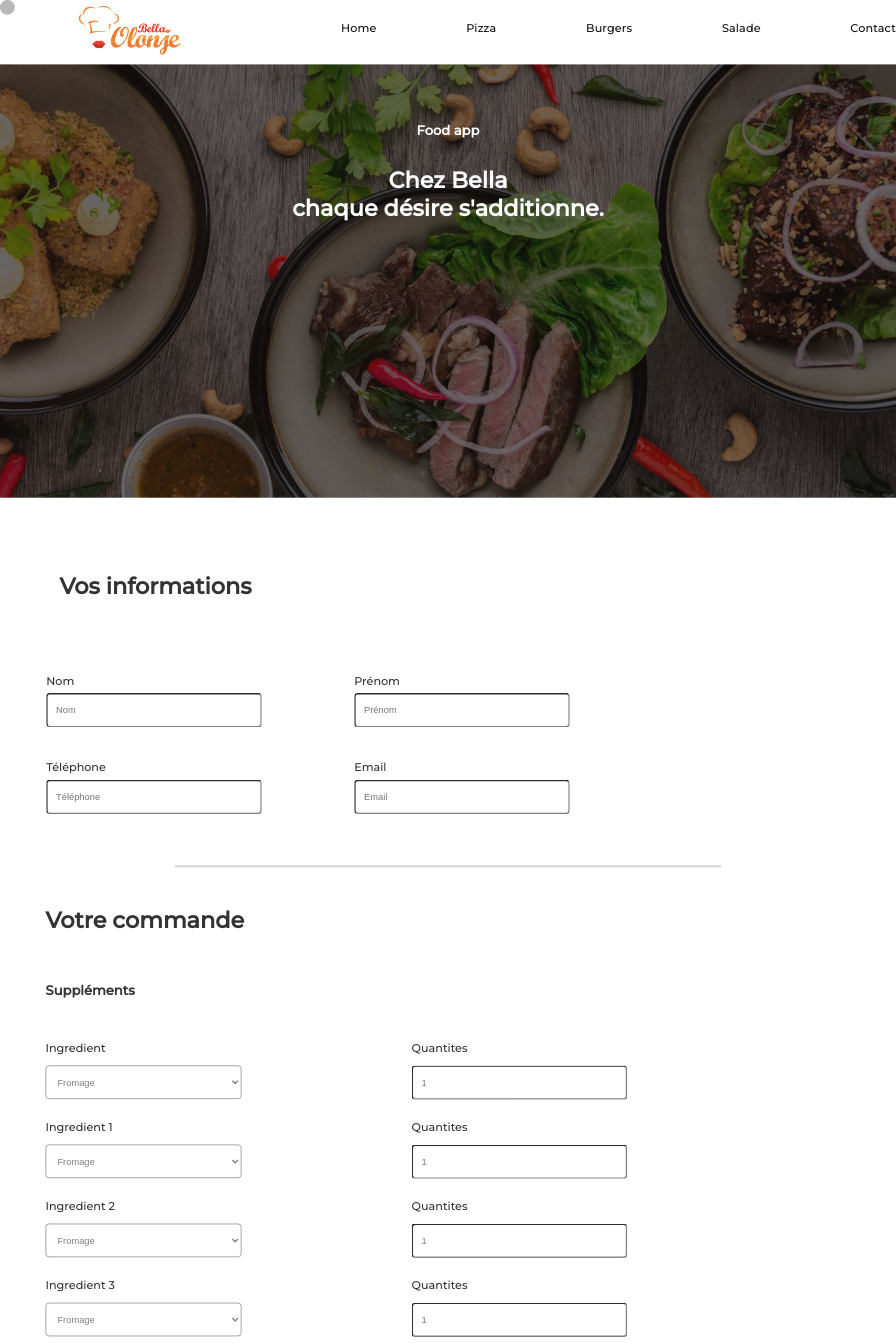
Repository: Ahlam-belhadj/bella-olange
Page: index2.html
The author's editor kept a copy of each file at every save. The page is drawn from the files as they stood at one save, then again after the next save.
The browser window is 1280 px wide. The pictures show the part of the page from y = 0 to 1920 px (the page is 3211 px tall before and 3119 px after), at 70% of full size.

Above is the page before, as saved 2023-02-12 01:03:35.

### index2.html
<!DOCTYPE html>
<html lang="en">

<head>
    <meta charset="UTF-8">
    <meta http-equiv="X-UA-Compatible" content="IE=edge">
    <meta name="viewport" content="width=device-width, initial-scale=1.0">
    <link rel="stylesheet" href="style2.css">
    <title>Bella olanje</title>
</head>

<body>
  <header>
    <nav class="container">
        <img class="logo" src="image/logo_bella_olonje.png" alt="logo">
        <ul class="nav-menu">
            <li><a href="index.html" class="nav-link">Home</a></li>
            <li><a href="#pizza" class="nav-link">Pizza</a></li>
            <li><a href="#burgers" class="nav-link">Burgers</a></li>
            <li><a href="#salade" class="nav-link">Salade</a></li>
            <li><a href="index3.html" class="nav-link">Contact</a></li>
        </ul>
    </nav>

    <div class="title">
        <div class="texte">
            <h3>Food app</h3>
            <h1>Chez Bella <br>
                chaque désire s'additionne.</h1>
        </div>
    </div>
</header>




    <main>
      <div class="infos" id="form-infos">
        <form>
          <h1>Vos informations</h1>

          <div class="grp_infos">
            <div class="nom_prenom">
              <div class="label1">
                <label class="label_nom">Nom</label><br>
                <input type="text" placeholder="Nom">
              </div>
              <div class="label1">
                <label class="label_nom">Prénom</label><br>
                <input type="text" placeholder="Prénom">
              </div>
            </div>

            <div class="telephone_email">
              <div class="label1">
                <label class="label_nom">Téléphone</label><br>
                <input type="text" placeholder="Téléphone">
              </div>
              <div class="label1">
                <label class="label_nom">Email</label><br>
                <input type="text" placeholder="Email">
              </div>
            </div>
          </div>
        </form>
      </div>

      <hr>

      <div class="commande">
        <form>
          <h1>Votre commande</h1>
          <h3>Suppléments</h3>
          <div class="grp_suppliment">
            <div class="ingredient_quantite">
              <div class="fromage">
                <label>Ingredient</label><br>
                <select name="ingr" class="suppléments">
                  <option value="fromage">Fromage</option>
                  <option value="fromage">Fromage</option>
                  <option value="fromage">Fromage</option>
                  <option value="fromage">Fromage</option>
                  <option value="fromage">Fromage</option>
                  <option value="fromage">Fromage</option>
                  <option value="fromage">Fromage</option>
                </select>
              </div>
              <div class="box">
                <label>Quantites</label><br>
                <input type="number" min="0" placeholder="1">
              </div>
            </div>

            <div class="ingredient_quantite">
             <div class="fromage">
                <label>Ingredient 1</label><br>
                <select name="ingr" class="suppléments">
                  <option value="fromage">Fromage</option>
                  <option value="fromage">Fromage</option>
                  <option value="fromage">Fromage</option>
                  <option value="fromage">Fromage</option>
                  <option value="fromage">Fromage</option>
                  <option value="fromage">Fromage</option>
                  <option value="fromage">Fromage</option>
                </select>
              </div>
              <div class="box">
                <label>Quantites</label><br>
                <input type="number" min="0" placeholder="1">
              </div>
            </div>

            <div class="ingredient_quantite">
              <div class="fromage">
                <label>Ingredient 2</label><br>
                <select name="ingr" class="suppléments">
                  <option value="fromage">Fromage</option>
                  <option value="fromage">Fromage</option>
                  <option value="fromage">Fromage</option>
                  <option value="fromage">Fromage</option>
                  <option value="fromage">Fromage</option>
                  <option value="fromage">Fromage</option>
                  <option value="fromage">Fromage</option>
                </select>
              </div>
              <div class="box">
                <label>Quantites</label><br>
                <input type="number" min="0" placeholder="1">
              </div>
            </div>

            <div class="ingredient_quantite">
              <div class="fromage">
                <label>Ingredient 3</label><br>
                <select name="ingr" class="suppléments">
                  <option value="fromage">Fromage</option>
                  <option value="fromage">Fromage</option>
                  <option value="fromage">Fromage</option>
                  <option value="fromage">Fromage</option>
                  <option value="fromage">Fromage</option>
                  <option value="fromage">Fromage</option>
                  <option value="fromage">Fromage</option>
                </select>
              </div>
              <div class="box">
                <label>Quantites</label><br>
                <input type="number" min="0" placeholder="1">
              </div>
            </div>
          </div>


          <div class="check2">
            <label class="container">Avec frites
              <input type="radio" checked="checked" name="radio">
              <span class="checkmark"></span>
            </label>
            <label class="container">Sans frites
              <input type="radio" name="radio">
              <span class="checkmark"></span>
            </label>
          </div>


          <div class="all">
            <div class="content_of_boisson">
                <h2>Boissons</h2>
                <div class="boissons">
                    <div class="carre"></div>
                    <label>Coca-Cola</label>
                    <select name="Fromage" class="Fromage" style="margin-top: 10px;">
                      <option value="">1</option>
                      <option value="">2</option>
                      <option value="">3</option>
                      <option value="">4</option>
                    </select>
                </div>
                <div class="boissons">
                    <div class="carre grey"></div>
                    <label>Fanta</label>
                    <select name="Fromage" class="Fromage" style="margin-top: 10px;">
                      <option value="">1</option>
                      <option value="">2</option>
                      <option value="">3</option>
                      <option value="">4</option>
                    </select>
                </div>
                <div class="boissons">
                    <div class="carre grey"></div>
                    <label>L'eau</label>
                    <select name="Fromage" class="Fromage" style="margin-top: 10px;">
                      <option value="">1</option>
                      <option value="">2</option>
                      <option value="">3</option>
                      <option value="">4</option>
                    </select>
                </div>
            </div>

            <div class="content_of_dessert">
                <h2>Dessert</h2>
                <div class="boissons dessert">
                    <div class="carre"></div>
                    <label>Tiramisu</label>
                    <select name="Fromage" class="Fromage" style="margin-top: 10px;">
                        <option value="">1</option>
                        <option value="">2</option>
                        <option value="">3</option>
                        <option value="">4</option>
                    </select>
                </div>
                <div class="boissons dessert">
                    <div class="carre grey"></div>
                    <label>Cheese-cake</label>
                    <select name="Fromage" class="Fromage" style="margin-top: 10px;">
                      <option value="">1</option>
                      <option value="">2</option>
                      <option value="">3</option>
                      <option value="">4</option>
                    </select>
                </div>
                <div class="boissons dessert">
                    <div class="carre grey"></div>
                    <label>Tarte au fraise</label>
                    <select name="Fromage" class="Fromage" style="margin-top: 10px;">
                      <option value="">1</option>
                      <option value="">2</option>
                      <option value="">3</option>
                      <option value="">4</option>
                    </select>
                </div>
            </div>
            </div>
        </form>
      </div>

      <hr>

      <div class="livraison">
        <form>
          <h1>Adresse de livraison</h1>
          <div class="grp_infos">
            <div class="nom_prenom">
              <div class="label1">
                <label class="label_nom">Nom</label><br>
                <input type="text" placeholder="Nom">
              </div>
              <div class="label1">
                <label class="label_nom">Prénom</label><br>
                <input type="text" placeholder="Prénom">
              </div>
            </div>

            <div class="telephone_email">
              <div class="label1">
                <label class="label_nom">Téléphone</label><br>
                <input type="text" placeholder="Téléphone">
              </div>
              <div class="label1">
                <label class="label_nom">Email</label><br>
                <input type="text" placeholder="Email">
              </div>
            </div>
            <div class="nom_prenom">
              <div class="label1">
                <label class="label_nom">Adresse</label><br>
                <input type="text" placeholder="Adresse">
              </div>
              <div class="label1">
                <label class="label_nom">Code postale</label><br>
                <input type="text" placeholder="Code postale">
              </div>
            </div>

            <div class="telephone_email">
              <div class="label1">
                <label class="label_nom">Ville</label><br>
                <input type="text" placeholder="Ville">
              </div>
              <div class="label1">
                <label class="label_nom">Pays</label><br>
                <input type="text" placeholder="Pays">
              </div>
            </div>
          </div>
            <div class="div_button"><button class="button" type="button">Envoyer</button></div>
        </form>

      </div>
    </main>

</body>

</html>

### style2.css
@import url('https://fonts.googleapis.com/css2?family=Montserrat:wght@100;200;500&display=swap');

body {
    font-family: Montserrat, sans-serif;
    margin: auto;
}


.logo {
    height: 80px;
    padding-left: 80px;
}


header nav {
    display: flex;
    justify-content: space-between;
    align-items: center;

}

header ul {
    display: flex;
    justify-content: space-between;
    align-items: center;
}

header ul li {
    font-size: 16px;
    margin-left: 2rem;
    list-style: none;
    font-family: 'Montserrat';
    font-weight: 500;
    line-height: 28px;
    text-align: center;
    letter-spacing: 0.2px;
    margin-left: 8rem;

}

header ul li a {
    color: rgb(17, 17, 17);
    text-decoration: none;
}


.nav-menu {
    padding-left: 15px;
}

.title {
  background-image: url(image/Rectangle\ 48.png);
  height: 619px;
  background-repeat: no-repeat;
  background-position: center;
  background-size: cover;



}

.texte{
    color: white;
    display: flex;
    align-items: center;
    justify-content: center;
    flex-direction: column;
    text-align: center;
    height: 50%;
}



/*food_app*/
.title_food_app {
    padding-top: 50px;
}

.food_app{
    background-image: url(./img/food_app.png);
    min-height: 90vh;
    background-repeat: no-repeat;
    background-position: center;
    background-size: cover;
}
.title_food_app h3 {
    font-family: 'Montserrat';
    font-style: normal;
    font-weight: 550;
    font-size: 24px;
    line-height: 36px;
    text-align: center;
    letter-spacing: 0.1px;
    color: #F7F7F7;
    padding-top: 50px;
}

.title_food_app{

    font-family: Montserrat;
    font-style: normal;
    font-weight: 600;
    font-size: 58px;
    line-height: 80px;
    text-align: center;
    letter-spacing: 0.2px;
    color: #FFFFFF;
}

.title_pizza {
    display: flex;
    justify-content: center;
    color: #000000;
}
/*food_app*/


/*infos*/


.ingredient_quantite{
    display: flex;
    flex-direction:row;
    justify-content: flex-start;
    gap: 20%;
    margin-bottom: 10px;
}


main {
    color: #333333;
}

.label1 input {
    width: 280px;
    height: 35px;
    margin-bottom: 20px;
    margin-top: 8px;
    padding: 5px 12px;
    color: grey;
    border-radius: 5px;
    border-color: gray;
}


.infos h1 {
    padding: 85px;
}

hr {
    height: 3px;
    background-color:#d8d8d8;
    border: none;
    margin: 25px 250px 25px;
}

.nom_prenom {
    display: flex;
    justify-content: space-around;
    padding-right: 400px;
    padding-bottom: 28px;
}
.telephone_email {
    display: flex;
    justify-content: space-around;
    padding-right: 400px;
    padding-bottom: 28px;
}

/*infos*/

/*livraison*/

.livraison h1 {
    margin-left: 65px;
    padding-top: 30px;
    padding-bottom: 50px;
}
/*livraison*/

/*commande*/
.suppléments {
    width: 280px;
    height: 48px;
    margin-bottom: 20px;
    margin-top: 15px;
    padding: 5px 12px;
    color: grey;
    border-radius: 5px;
    border-color: gray;
    background-color: #FFFFFF;
}


.commande {
    margin-left: 65px;
}

.commande h1 {
    padding-top: 30px;
}

.commande h3 {
    padding-top: 50px;
    padding-bottom: 42px;
}

.box input {
    width: 280px;
    height: 35px;
    margin-bottom: 20px;
    margin-top: 15px;
    padding: 5px 12px;
    color: grey;
    border-radius: 5px;
    border-color: gray;
}

.boissons_dessert {
    display: flex;
    flex-direction: row;
}

/*commande*/


.div_button {
    padding: 50px 150px 70px 0px;
    display: flex;
    justify-content: flex-end;
}

button {
    border: 0;
    line-height: 2.5;
    width: 120px;
    padding: 0 18px;
    font-size: 18px;
    text-align: center;
    color: #fff;
    border-radius: 20px;
    background-color: #FA4A0C;
    box-shadow: 1px 1px 5px #B73227;
}


/*dessert et boissons*/

.avec, .sans {
    display: flex;
    flex-direction: row;
    justify-content: space-around;
    width: 150px;
    height: 40px;
    align-items: center;
}

.sans_f {
    padding-top: 39px;
    padding-left: 50px;
}
.avec_f {
    padding-left: 10px;
}

.boissons{
    display: flex;
    align-items: center;
    justify-content: space-around;
    width: 31rem;
    padding-top: 5px;
}

.carre {
    width: 24px;
    height: 24px;
    background-color: green;
}

.carre.grey {
    background-color: #C4C4C4;
}

.all {
    display: flex;
}

.content_of_dessert {
    margin-left: 186px;
}

.Fromage {
    padding: 7px;
    border-radius: 5px;
    width: 280px;
    height: 48px;
    margin-bottom: 20px;
    margin-top: 8px;
    padding: 5px 12px;
    color: grey;
    border-radius: 5px;
    border-color: gray;
    background-color: #FFFFFF;
}
/*dessert et boissons*/


/*checkbox*/
.check2 {
    padding-top: 40px;
    padding-bottom: 40px;
}
.container {
    padding-left: 30px;
    margin-bottom: 12px;
    cursor: pointer;
    font-size: 16px;


  }

  .container input {
    position: absolute;
    opacity: 0;
    cursor: pointer;
  }

  .checkmark {
    position: absolute;
    top: 0;
    left: 0;
    height: 21px;
    width: 21px;
    background-color: rgba(176, 176, 176, 0.677);
    border-radius: 50%;
}




  .container input:checked  .checkmark {
    background-color: #2e3983;
  }

  .checkmark:after {
    position: absolute;
    display: none;
  }

  .container input:checked ~ .checkmark:after {
    display: block;
  }

  .container .checkmark:after {
       top: 9px;
      left: 9px;
      width: 8px;
      background: white;
  }
/*checkbox*/

@media (max-width:800px) {
.infos h1{
    text-align: center;
}

}

After the next save:
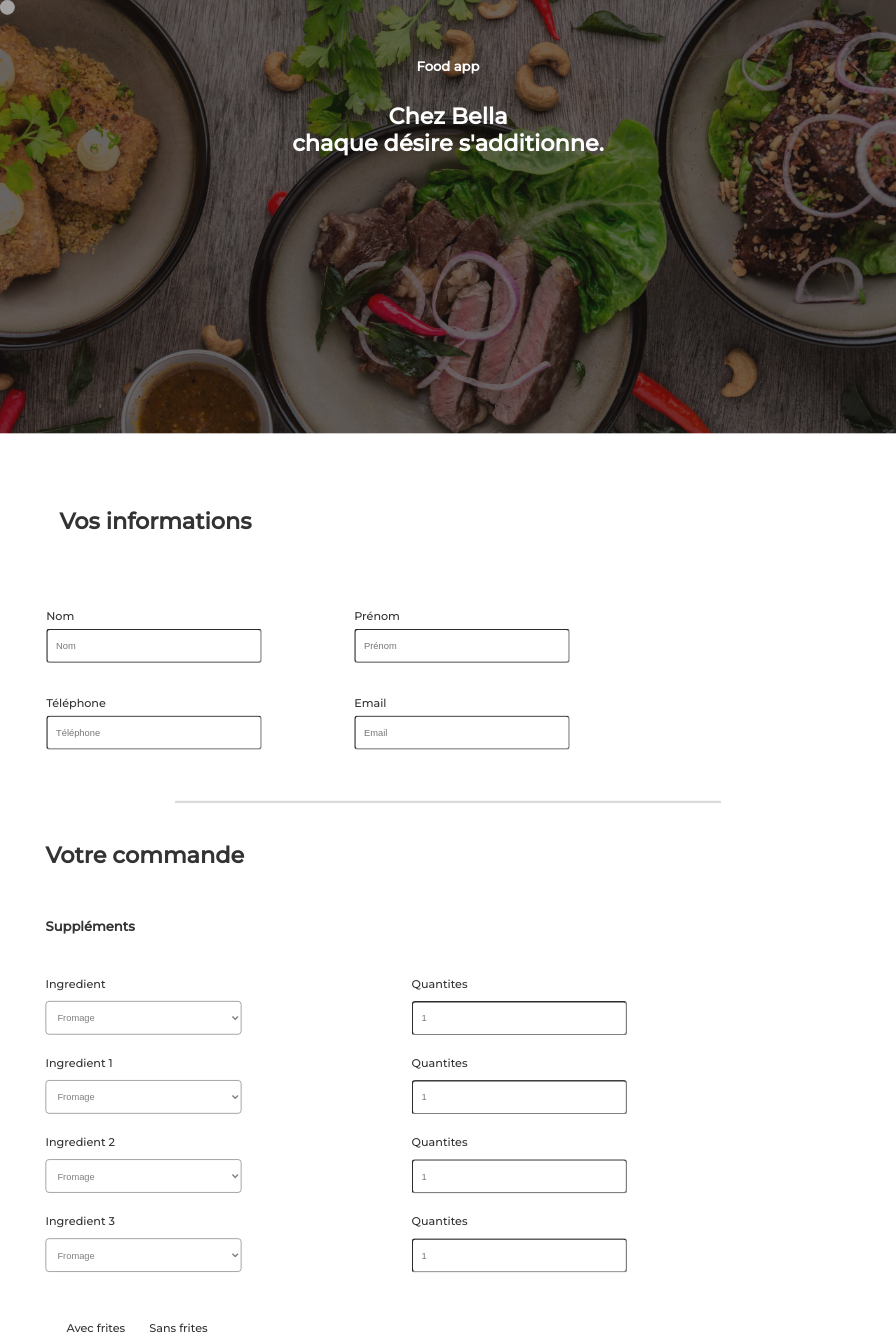
Saved 2 min 56 s later.
--- a/index2.html
+++ b/index2.html
@@ -11,16 +11,6 @@
 
 <body>
   <header>
-    <nav class="container">
-        <img class="logo" src="image/logo_bella_olonje.png" alt="logo">
-        <ul class="nav-menu">
-            <li><a href="index.html" class="nav-link">Home</a></li>
-            <li><a href="#pizza" class="nav-link">Pizza</a></li>
-            <li><a href="#burgers" class="nav-link">Burgers</a></li>
-            <li><a href="#salade" class="nav-link">Salade</a></li>
-            <li><a href="index3.html" class="nav-link">Contact</a></li>
-        </ul>
-    </nav>
 
     <div class="title">
         <div class="texte">
